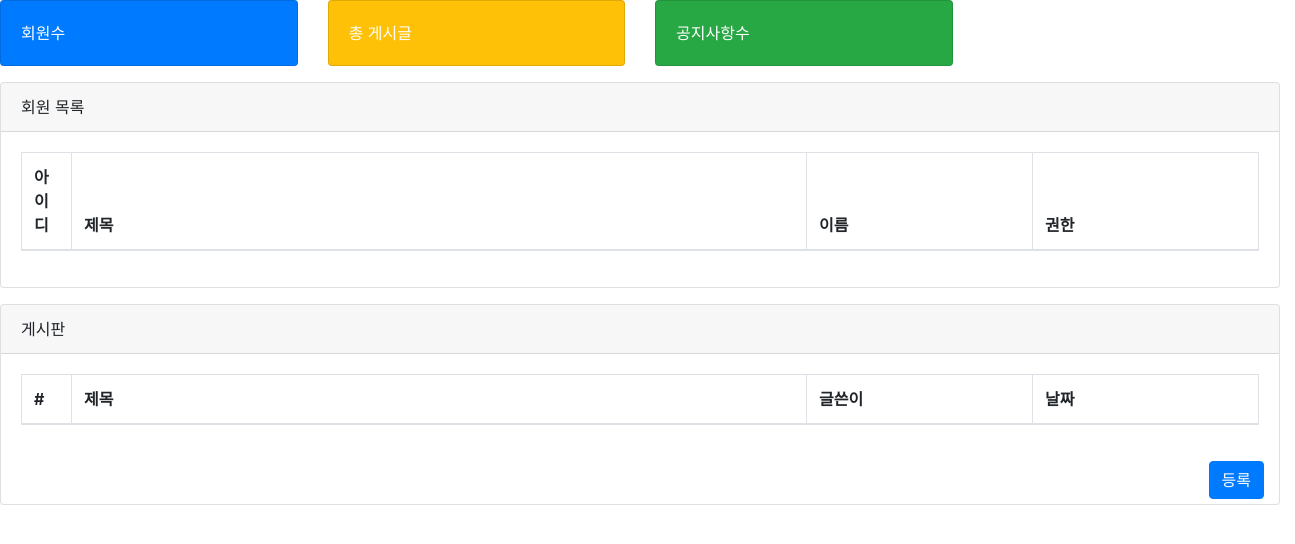
Repository: asa1374/eGovBoardDev
Page: http://localhost/dev/WEB-INF/jsp/user/admin/deletelist.jsp
These files come from the project's save history. The page is drawn as it stood at one moment and after the next save; the edit follows.
The browser window is 1280 px wide. The page is 1295 px wide, so the pictures cover 1295 px, including what lies to the right of the window. The pictures show the whole page.
The page is served by Tomcat 9. Nobody is signed in. Other server files are loaded and not shown. The template is opened directly, without the code that normally fills it, so the values that code supplies are empty.

Above is the page before, as saved 2019-09-05 07:01:46.

### dev/src/main/webapp/WEB-INF/jsp/user/admin/deletelist.jsp
<%@ page language="java" contentType="text/html; charset=UTF-8" pageEncoding="UTF-8" trimDirectiveWhitespaces="true"%>
<%@ taglib prefix="c" uri="http://java.sun.com/jsp/jstl/core"%>
<%@ taglib prefix="ethree" uri="/WEB-INF/tld/ethree.tld"%>
<!DOCTYPE html>
<html lang="kr">

<head>

  <meta charset="utf-8">
  <meta http-equiv="X-UA-Compatible" content="IE=edge">
  <meta name="viewport" content="width=device-width, initial-scale=1, shrink-to-fit=no">
  <meta name="description" content="">
  <meta name="author" content="">

  <title>게시판 만들기</title>

  <!-- Custom styles for this template-->
  <link href="assets/css/common/sb-admin.css" rel="stylesheet">

</head>
<body>
		<!-- 관리자한테만 보여주기 -->
 <div class="row">
  <div class="col-xl-3 col-sm-6 mb-3">
    <div class="card text-white bg-primary o-hidden h-100">
      <div class="card-body">
        <div class="card-body-icon">
          <i class="fas fa-fw fa-comments"></i>
        </div>
        <div class="mr-5">회원수</div>
      </div>
    </div>
  </div>
  <div class="col-xl-3 col-sm-6 mb-3">
    <div class="card text-white bg-warning o-hidden h-100">
      <div class="card-body">
        <div class="card-body-icon">
          <i class="fas fa-fw fa-list"></i>
        </div>
        <div class="mr-5">총 게시글</div>
      </div>
    </div>
  </div>
  <div class="col-xl-3 col-sm-6 mb-3">
    <div class="card text-white bg-success o-hidden h-100">
      <div class="card-body">
        <div class="card-body-icon">
          <i class="fas fa-fw fa-shopping-cart"></i>
        </div>
        <div class="mr-5">공지사항수</div>
      </div>
    </div>
  </div>
</div>
<div class="card mb-3">
	<div class="card-header">
	  <i class="fas fa-table"></i>
	  	회원 목록
	</div>
	<div class="card-body">
	  <div class="table-responsive">
	    <table class="table table-bordered" id="dataTable" width="100%" cellspacing="0">
	      <thead>
	        <tr>
	          <th style="width: 50px;">아이디</th>
	          <th>제목</th>
	          <th style="width: 226px;">이름</th>
	     	  <th style="width: 226px;">권한</th>
	        </tr>
	      </thead>
	      <tbody>
         	<c:forEach var="row" items="${userDataListVO.list}" varStatus="status">
				<tr>
					<td scope="row">${row.userId}</td>
					<td>
						<a href="#">${row.userName}</a>
					</td>
					<td>${row.userId}</td>
					<td>${row.boardDate}</td>
				</tr>
			</c:forEach>
	      </tbody>
	    </table>
	  </div>
	</div>
	<c:if test="${auth eq 'A' }">
		<div style="text-align: right;">
			<a href="#" class="btn btn-primary" style="margin-right: 15px; margin-bottom: 5px;">등록</a>
		</div>
	</c:if>

 </div>
<div class="card mb-3">
	<div class="card-header">
	  <i class="fas fa-table"></i>
	  	게시판
	</div>
	<div class="card-body">
	  <div class="table-responsive">
	  <input type="hidden" id="pageIndex" name="pageIndex" value="${paramMap.pageIndex}" />
	    <table class="table table-bordered" id="dataTable" width="100%" cellspacing="0">
	      <thead>
	        <tr>
	          <th style="width: 50px;">#</th>
	          <th>제목</th>
	          <th style="width: 226px;">글쓴이</th>
	     	  <th style="width: 226px;">날짜</th>
	        </tr>
	      </thead>
	      <tbody>
         	<c:forEach var="row" items="${boardDataListVO.list}" varStatus="status">
				<tr>
					<td scope="row">${row.boardSeq}</td>
					<td>
						<a href="/user/board/detail.do?seq=${row.boardSeq}">${row.boardTitle}</a>
					</td>
					<td>${row.userId}</td>
					<td>${row.boardDate}</td>
				</tr>
			</c:forEach>
	      </tbody>
	    </table>
	  </div>
	</div>
	<div style="text-align: right;">
		<a href="/user/board/write.do" class="btn btn-primary" style="margin-right: 15px; margin-bottom: 5px;">등록</a>
	</div>
	<div style="text-align: center; letter-spacing: 5px;">
		<ethree:paging listHelperVO="${boardDataListVO}" />
	</div>
 </div>
</body>
</html>

### dev/src/main/java/kr/co/ethree/dev/common/tag/PagingTag.java
package kr.co.ethree.dev.common.tag;

import java.io.IOException;

import javax.servlet.jsp.JspException;
import javax.servlet.jsp.tagext.SimpleTagSupport;

import kr.co.ethree.dev.common.model.ListHelperVO;

public class PagingTag extends SimpleTagSupport {

	private ListHelperVO listHelperVO = null;

	private int totalCount = 0;
	private int pageIndex = 1;

	private int cntPerPage = 10;
	private int cntPerblock = 10;

	private String jsFunction = null;

	public ListHelperVO getListHelperVO() {
		return listHelperVO;
	}

	public void setListHelperVO(ListHelperVO listHelperVO) {
		this.listHelperVO = listHelperVO;
	}

	public int getTotalCount() {
		return totalCount;
	}

	public void setTotalCount(int totalCount) {
		this.totalCount = totalCount;
	}

	public void setTotalCount(String totalCount) {

		if (totalCount == null || totalCount.length() == 0) {
			totalCount = "0";
		}

		this.totalCount = Integer.parseInt(totalCount);
	}

	public int getPageIndex() {
		return pageIndex;
	}

	public void setPageIndex(int pageIndex) {
		this.pageIndex = pageIndex;
	}

	public void setPageIndex(String pageIndex) {

		if (pageIndex == null || pageIndex.length() == 0) {
			pageIndex = "1";
		}

		this.pageIndex = Integer.parseInt(pageIndex);
	}

	public int getCntPerPage() {
		return cntPerPage;
	}

	public void setCntPerPage(int cntPerPage) {
		this.cntPerPage = cntPerPage;
	}

	public void setCntPerPage(String cntPerPage) {

		if (cntPerPage == null || cntPerPage.length() == 0) {
			cntPerPage = "10";
		}

		this.cntPerPage = Integer.parseInt(cntPerPage);
	}

	public int getCntPerblock() {
		return cntPerblock;
	}

	public void setCntPerblock(int cntPerblock) {
		this.cntPerblock = cntPerblock;
	}

	public void setCntPerblock(String cntPerblock) {

		if (cntPerblock == null || cntPerblock.length() == 0) {
			cntPerblock = "10";
		}

		this.cntPerblock = Integer.parseInt(cntPerblock);
	}

	public String getJsFunction() {
		return jsFunction;
	}

	public void setJsFunction(String jsFunction) {

		if (this.listHelperVO == null) {
			jsFunction = "goPage";
		}

		this.jsFunction = jsFunction;
	}

	@Override
	public void doTag() throws JspException, IOException {

		int totalCount = this.totalCount;
		int pageIndex = this.pageIndex;
		int cntPerPage = this.cntPerPage;
		int cntPerblock = this.cntPerblock;

		if (this.listHelperVO != null) {
			totalCount = this.listHelperVO.getTotalCount();		// 전체 목록 수
			pageIndex = this.listHelperVO.getPageIndex(); 			// 현재 페이지 번호
			cntPerPage = this.listHelperVO.getCntPerPage(); 		// 페이징 표시 수
			cntPerblock = this.listHelperVO.getCntPerblock(); 	// 페이지당 목록 수
		}

		if (0 >= totalCount) {
			return;
		}

		StringBuffer paging = new StringBuffer();

		int totalPage = 0 == (totalCount - 1) ? 1 : (int) ((totalCount - 1) / cntPerPage) + 1;
		int currBlock = 0 == (pageIndex - 1) ? 1 : (int) ((pageIndex - 1) / cntPerblock) + 1;
		int totalBlock = 0 == (totalPage - 1) ? 1 : (int) ((totalPage - 1) / cntPerblock) + 1;
		int firstPage = ((currBlock - 1) * cntPerblock) + 1;
		int lastPage = currBlock * cntPerblock;

		if (firstPage == 0) {
			firstPage = 1;
		}

		if (totalBlock == currBlock) {
			lastPage = totalPage;
		}

		/**
		 * 맨앞으로 버튼
		 */
		if (pageIndex != 1 && firstPage > cntPerblock) {
			paging.append("<a href='javascript:").append(jsFunction).append("(").append(1).append(");' class='btn_first'>맨앞으로</a>");
		}

		/**
		 * 이전버튼
		 */
		if (firstPage > cntPerblock) {
			paging.append("<a href='javascript:").append(jsFunction).append("(").append(firstPage - 1).append(");' class='btn_prev'>이전</a>");
		}

		paging.append("<span>");

		/**
		 * 페이지 넘버링
		 */
		for (int i = firstPage; i <= lastPage; i++) {
			if (pageIndex == i) {
				paging.append("<strong><span>").append(i).append("</span></strong>");

			} else {
				if (this.listHelperVO != null && (this.jsFunction == null || this.jsFunction.length() == 0)) {

					String url = this.listHelperVO.getUrl();
					String urlParam = "?" + this.listHelperVO.getPageParamName() + "=" + i;

					if (this.listHelperVO.getUrlParam() != null && this.listHelperVO.getUrlParam().length() > 0) {
						urlParam += "&";
						urlParam += this.listHelperVO.getUrlParam();
					}

					paging.append("<a href='").append(url).append(urlParam).append("' class='btn_paging'>");
					paging.append("<span>").append(i).append("</span>");
					paging.append("</a>");

				} else {
					paging.append("<a href='javascript:").append(jsFunction).append("(").append(i).append(");' class='btn_paging'>");
					paging.append("<span>").append(i).append("</span>");
					paging.append("</a>");
				}
			}
		}

		paging.append("</span>");

		/**
		 * 다음 버튼
		 */
		if (totalPage > lastPage) {
			paging.append("<a href='javascript:").append(jsFunction).append("(").append(lastPage + 1).append(");' class='btn_next'>다음</a>");
		}

		/**
		 * 맨 뒤로 버튼
		 */
		if (totalPage > lastPage && pageIndex != totalPage) {
			paging.append("<a href='javascript:").append(jsFunction).append("(").append(totalPage).append(");' class='btn_last'>맨뒤로</a>");
		}

		getJspContext().getOut().write(paging.toString());
	}
}

### dev/src/main/java/kr/co/ethree/dev/common/model/ListHelperVO.java
package kr.co.ethree.dev.common.model;

import java.util.Enumeration;
import java.util.HashMap;
import java.util.List;
import java.util.Map;

import javax.servlet.http.HttpServletRequest;

import kr.co.ethree.dev.common.util.RequestUtil;

@SuppressWarnings({ "unchecked", "rawtypes" })
public class ListHelperVO {

	private String pageParamName = "pageIndex";

	private int totalCount = 0;
	private int pageIndex = 1;

	private int cntPerPage = 10;
	private int cntPerblock = 10;

	private int startRow = 0;

	private String btnType = "js";
	private String url = null;
	private String urlParam = null;

	private List list = null;
	private Map paramMap = null;

	public ListHelperVO() {
		this.paramMap = new HashMap();
	}

	public ListHelperVO(HttpServletRequest request) {

		this.btnType = "request";
		this.url = request.getRequestURI();
		this.urlParam = this.getQueryString(request);
		this.initListVO(RequestUtil.getRequestMap(request), this.cntPerPage);
	}

	public ListHelperVO(HttpServletRequest request, int cntPerPage) {

		this.btnType = "request";
		this.url = request.getRequestURI();
		this.urlParam = this.getQueryString(request);

		this.initListVO(RequestUtil.getRequestMap(request), cntPerPage);
	}

	public ListHelperVO(Map hMap) {
		this.initListVO(hMap, this.cntPerPage);
	}

	public ListHelperVO(Map hMap, int cntPerPage) {
		this.initListVO(hMap, cntPerPage);
	}

	private void initListVO(Map hMap, int cntPerPage) {

		if (this.paramMap == null) {
			this.paramMap = new HashMap();
		}

		this.paramMap.putAll(hMap);

		this.pageIndex = paramMap.get(this.pageParamName) != null ? Integer.valueOf(String.valueOf(paramMap.get(this.pageParamName))) : 1;
		this.cntPerPage = cntPerPage;

		this.startRow = cntPerPage * (pageIndex-1);

		this.paramMap.put("startRow", this.startRow);
		this.paramMap.put("pageIndex", this.pageIndex);
		this.paramMap.put("cntPerPage", this.cntPerPage);
	}

	public String getPageParamName() {
		return pageParamName;
	}

	public void setPageParamName(String pageParamName) {
		this.pageParamName = pageParamName;
	}

	public int getTotalCount() {
		return totalCount;
	}

	public void setTotalCount(int totalCount) {
		this.totalCount = totalCount;
	}

	public int getPageIndex() {
		return pageIndex;
	}

	public void setPageIndex(int pageIndex) {
		this.pageIndex = pageIndex;
	}

	public int getCntPerPage() {
		return cntPerPage;
	}

	public void setCntPerPage(int cntPerPage) {
		this.cntPerPage = cntPerPage;
	}

	public int getCntPerblock() {
		return cntPerblock;
	}

	public void setCntPerblock(int cntPerblock) {
		this.cntPerblock = cntPerblock;
	}

	public String getBtnType() {
		return btnType;
	}

	public void setBtnType(String btnType) {
		this.btnType = btnType;
	}

	public String getUrl() {
		return url;
	}

	public void setUrl(String url) {
		this.url = url;
	}

	public String getUrlParam() {
		return urlParam;
	}

	public void setUrlParam(String urlParam) {
		this.urlParam = urlParam;
	}

	public List getList() {
		return list;
	}

	public void setList(List list) {
		this.list = list;
	}

	public Map getParamMap() {
		return paramMap;
	}

	public void setParamMap(Map paramMap) {
		this.paramMap = paramMap;
	}

	public void setParamValue(String key, Object value) {

		if (value == null || value == "") {
			this.paramMap.put(key, null);
		}

		if (value instanceof Integer) {
			this.paramMap.put(key, Integer.parseInt(value.toString()));

		} else if (value instanceof Double) {
			this.paramMap.put(key, Double.parseDouble(value.toString()));

		} else if (value instanceof String) {
			this.paramMap.put(key, value.toString());

		} else {
			this.paramMap.put(key, value);
		}
	}

	public String getQueryString(HttpServletRequest request) {

		String parameters = "";

		if (request != null) {

			Enumeration requestParams = request.getParameterNames();

			while (requestParams.hasMoreElements()) {

				String paramName = (String) requestParams.nextElement();

				if (paramName == null || paramName.equals(pageParamName)) {
					continue;
				}

				String[] paramValueArr = request.getParameterValues(paramName);

				if (paramValueArr.length == 0) {
					continue;
				}

				for (int i = 0, len = paramValueArr.length; i < len; i++) {

					if (parameters != null && parameters.length() > 0) {
						parameters += "&";
					}

					parameters += paramName;
					parameters += "=";

					String value = paramValueArr[i];

					if (value != null && value.length() > 0) {
						value = value.replaceAll("<", "&lt;");
						value = value.replaceAll(">", "&gt;");

						parameters += value;
					}

				}

			}
		}

		return parameters;
	}

}

Loaded but not shown: dev/src/main/webapp/assets/css/common/sb-admin.css (library)

After the next save:
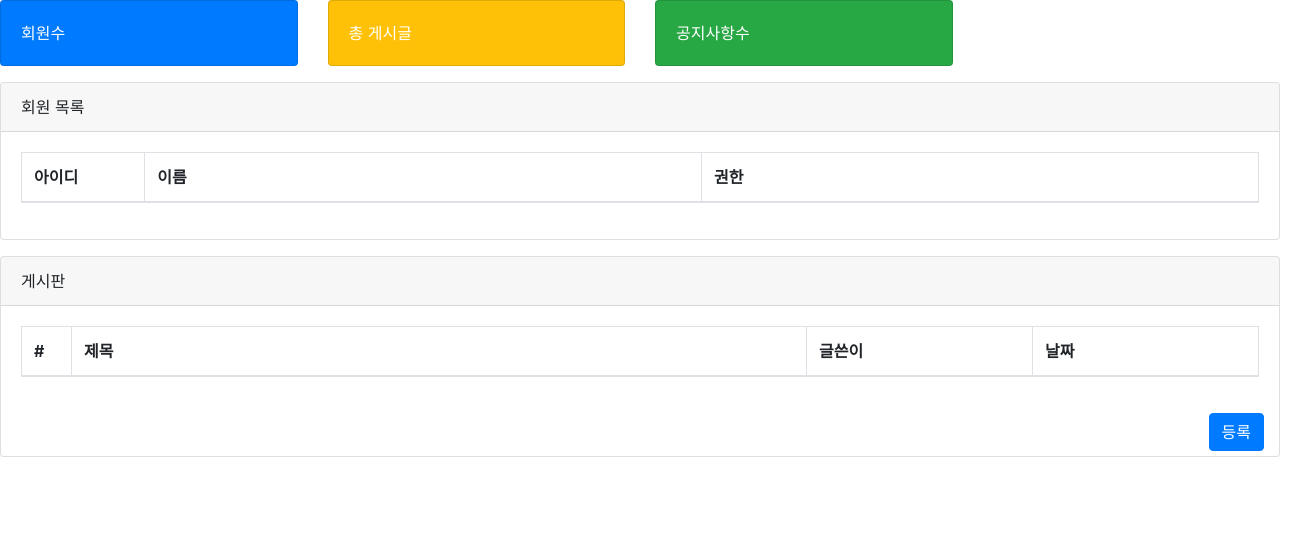
Saved 7 s later.
--- a/dev/src/main/webapp/WEB-INF/jsp/user/admin/deletelist.jsp
+++ b/dev/src/main/webapp/WEB-INF/jsp/user/admin/deletelist.jsp
@@ -63,7 +63,6 @@
 	      <thead>
 	        <tr>
 	          <th style="width: 50px;">아이디</th>
-	          <th>제목</th>
 	          <th style="width: 226px;">이름</th>
 	     	  <th style="width: 226px;">권한</th>
 	        </tr>
